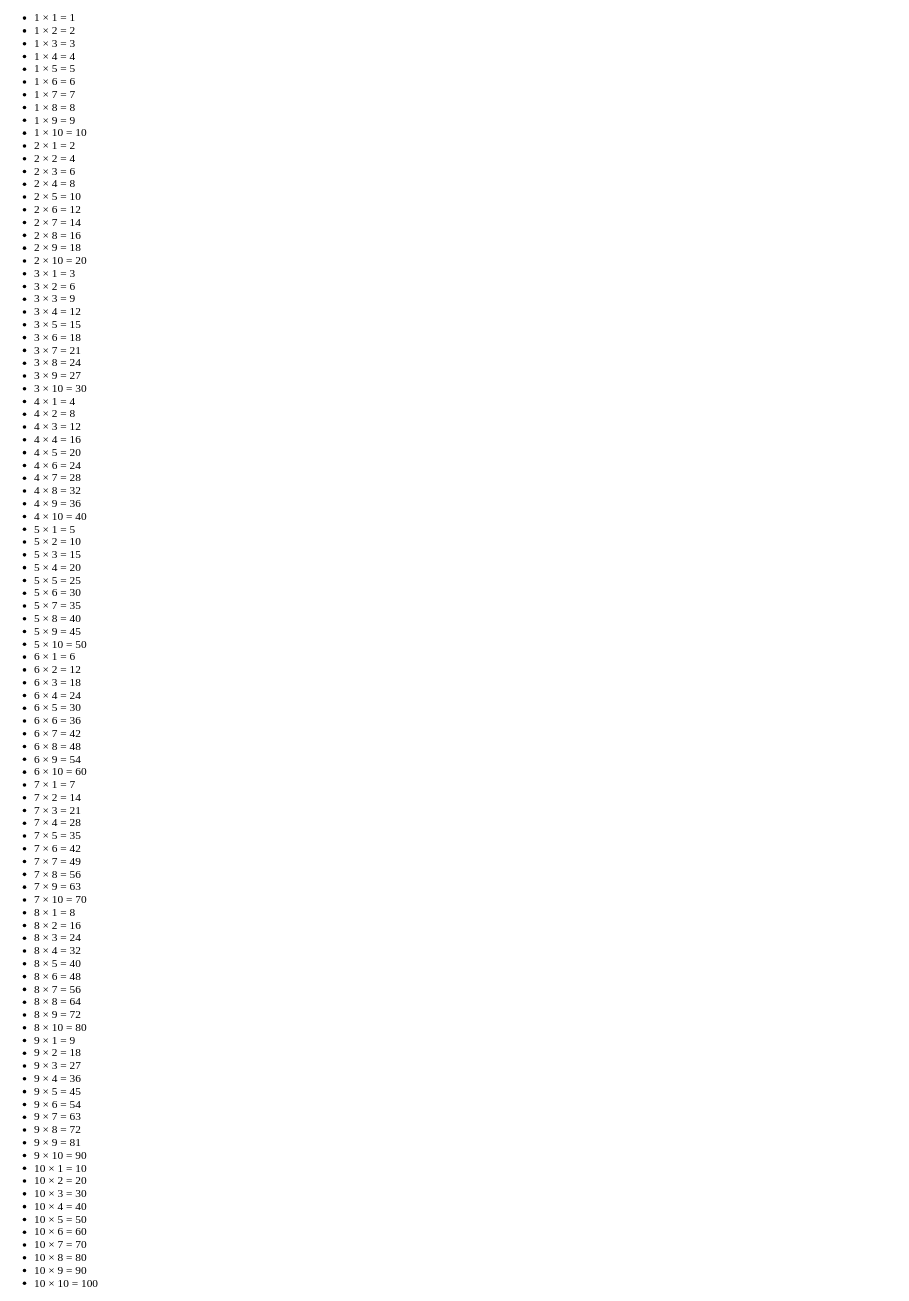
Repository: ishi1099/daily_report_system
Page: http://localhost/first_webapp/kuku.jsp
These files come from the project's save history. The page is drawn as it stood at one moment and after the next save; the edit follows.
The browser window is 1280 px wide. The pictures show the whole page, at 71% of full size.
The page is served by Tomcat 9. Other server files are loaded and not shown.

Above is the page before, as saved 2020-04-08 10:47:38.

### first_webapp/WebContent/kuku.jsp
<%@ page language="java" contentType="text/html; charset=UTF-8" pageEncoding="UTF-8"%>
<!DOCTYPE html>
<html lang="ja">
    <head>
        <meta charset="UTF-8">
        <title>Insert title here</title>
    </head>
    <body>

        <%
    int a=1;
    int b=1;
    int c=0;
    %>

    <ul>

       <%  for(a = 1;a <=10; a++ )   { %>
               <% for(b = 1;b <=10; b++ ) { %>
                    <li><%= a %> × <%= b %> = <%= a*b %></li>
               <% }%>
       <% }%>

    </ul>

    </body>
</html>

After the next save:
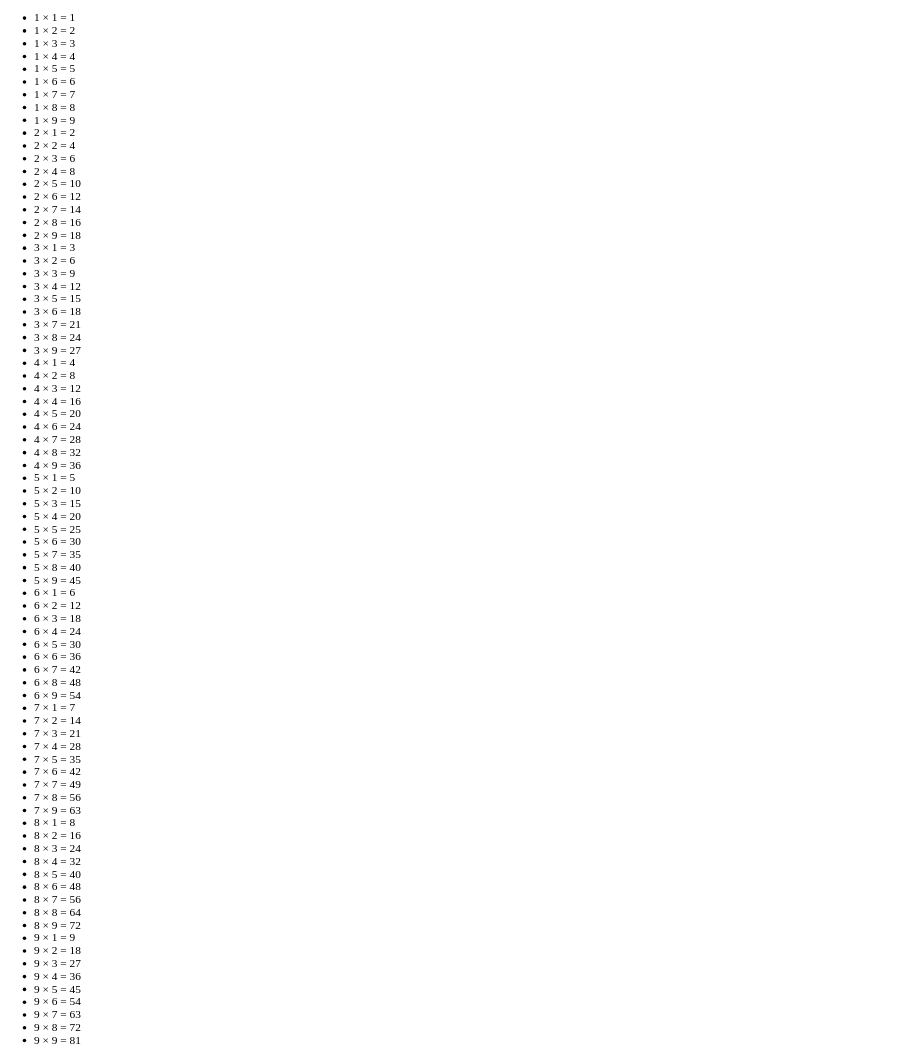
Saved 21 s later.
--- a/first_webapp/WebContent/kuku.jsp
+++ b/first_webapp/WebContent/kuku.jsp
@@ -15,8 +15,8 @@
 
     <ul>
 
-       <%  for(a = 1;a <=10; a++ )   { %>
-               <% for(b = 1;b <=10; b++ ) { %>
+       <%  for(a = 1;a <10; a++ )   { %>
+               <% for(b = 1;b <10; b++ ) { %>
                     <li><%= a %> × <%= b %> = <%= a*b %></li>
                <% }%>
        <% }%>
